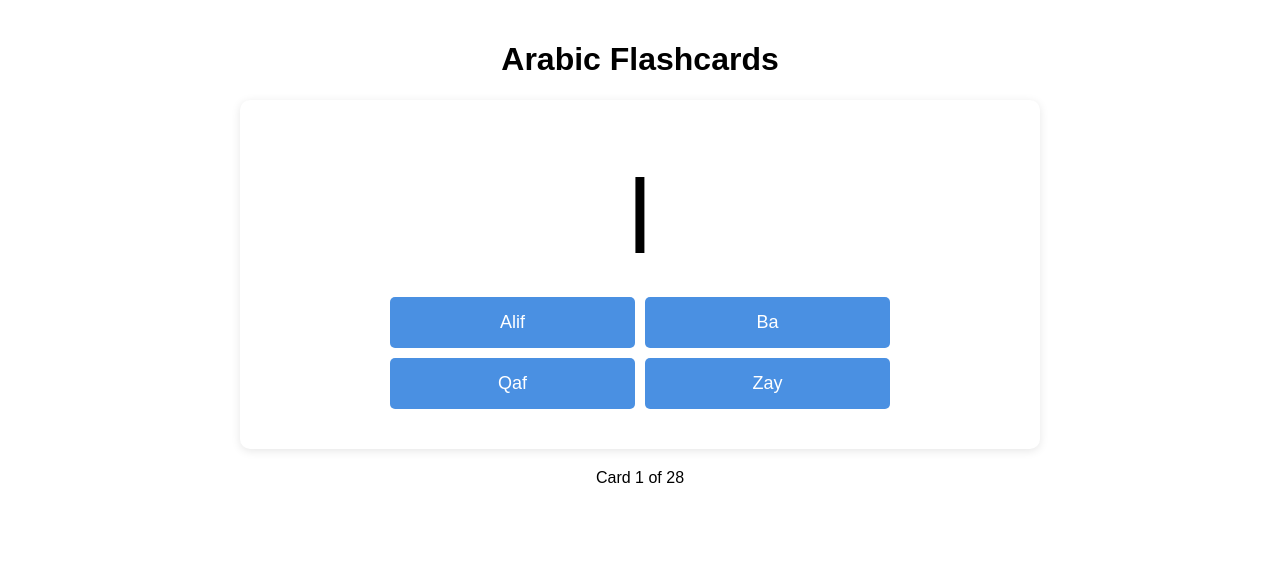
Repository: foolishimp/arabic-flashcards
Page: /
An editor plug-in stored every save of this project. The page is shown before and after the next save, followed by the edit.
The browser window is 1280 px wide. The pictures show the whole page.
The project was rebuilt for these pictures with package versions that can differ from the ones it lists, and the page was loaded fresh each time.

Above is the page before, as saved 2024-11-22 23:49:22.

### src/App.js
import React, { useState } from "react";
import "./App.css";

const letters = [
  { arabic: "ا", name: "Alif", sound: "aa" },
  { arabic: "ب", name: "Ba", sound: "b" },
  { arabic: "ت", name: "Ta", sound: "t" },
  { arabic: "ث", name: "Tha", sound: "th" },
  { arabic: "ج", name: "Jeem", sound: "j" },
  { arabic: "ح", name: "Ha", sound: "ḥ" },
  { arabic: "خ", name: "Kha", sound: "kh" },
  { arabic: "د", name: "Dal", sound: "d" },
  { arabic: "ذ", name: "Dhal", sound: "dh" },
  { arabic: "ر", name: "Ra", sound: "r" },
  { arabic: "ز", name: "Zay", sound: "z" },
  { arabic: "س", name: "Seen", sound: "s" },
  { arabic: "ش", name: "Sheen", sound: "sh" },
  { arabic: "ص", name: "Saad", sound: "ṣ" },
  { arabic: "ض", name: "Daad", sound: "ḍ" },
  { arabic: "ط", name: "Taa", sound: "ṭ" },
  { arabic: "ظ", name: "Zaa", sound: "ẓ" },
  { arabic: "ع", name: "Ayn", sound: "ʿ" },
  { arabic: "غ", name: "Ghayn", sound: "gh" },
  { arabic: "ف", name: "Fa", sound: "f" },
  { arabic: "ق", name: "Qaf", sound: "q" },
  { arabic: "ك", name: "Kaf", sound: "k" },
  { arabic: "ل", name: "Lam", sound: "l" },
  { arabic: "م", name: "Meem", sound: "m" },
  { arabic: "ن", name: "Noon", sound: "n" },
  { arabic: "ه", name: "Ha", sound: "h" },
  { arabic: "و", name: "Waw", sound: "w/oo" },
  { arabic: "ي", name: "Ya", sound: "y/ee" },
];

function App() {
  const [currentCardIndex, setCurrentCardIndex] = useState(0);
  const [score, setScore] = useState(0);
  const [showResult, setShowResult] = useState(false);
  const [selectedOption, setSelectedOption] = useState(null);
  const [currentOptions, setCurrentOptions] = useState(getRandomOptions(letters[0].name));
  const [canProceed, setCanProceed] = useState(false);

  function getRandomOptions(correctAnswer) {
    const options = new Set([correctAnswer]);
    while (options.size < 4) {
      const randomLetter = letters[Math.floor(Math.random() * letters.length)].name;
      options.add(randomLetter);
    }
    return Array.from(options).sort();
  }

  const handleOptionClick = (option) => {
    if (selectedOption !== null) return;

    setSelectedOption(option);
    setCanProceed(true);

    if (option === letters[currentCardIndex].name) {
      setScore(score + 1);
    }
  };

  const handleNext = () => {
    if (currentCardIndex + 1 < letters.length) {
      setCurrentCardIndex(currentCardIndex + 1);
      setSelectedOption(null);
      setCanProceed(false);
      setCurrentOptions(getRandomOptions(letters[currentCardIndex + 1].name));
    } else {
      setShowResult(true);
    }
  };

  if (showResult) {
    return (
      <div className="App">
        <div className="result">
          <h1>Flashcards Completed!</h1>
          <p>Your score: {score} / {letters.length}</p>
          <button className="next-button" onClick={() => window.location.reload()}>
            Restart
          </button>
        </div>
      </div>
    );
  }

  return (
    <div className="App">
      <h1>Arabic Flashcards</h1>
      <div className="flashcard">
        <div className="arabic-letter">
          {letters[currentCardIndex].arabic}
          {selectedOption && (
            <div className="sound-hint">
              ({letters[currentCardIndex].sound})
            </div>
          )}
        </div>
        <div className="options">
          {currentOptions.map((option, index) => (
            <button
              key={index}
              onClick={() => handleOptionClick(option)}
              className={
                selectedOption !== null
                  ? option === letters[currentCardIndex].name
                    ? "correct"
                    : option === selectedOption
                    ? "incorrect"
                    : ""
                  : ""
              }
              disabled={selectedOption !== null}
            >
              {option}
              {selectedOption !== null && option === letters[currentCardIndex].name && (
                <span className="sound-hint-button">
                  ({letters[currentCardIndex].sound})
                </span>
              )}
            </button>
          ))}
        </div>
      </div>
      <div className="progress">
        <p>Card {currentCardIndex + 1} of {letters.length}</p>
        {canProceed && (
          <button
            className="next-button"
            onClick={handleNext}
          >
            Next
          </button>
        )}
      </div>
    </div>
  );
}

export default App;

### src/App.css
.App {
  text-align: center;
  max-width: 800px;
  margin: 0 auto;
  padding: 20px;
  font-family: Arial, sans-serif;
}

.flashcard {
  background: white;
  border-radius: 10px;
  box-shadow: 0 2px 10px rgba(0, 0, 0, 0.1);
  padding: 40px;
  margin: 20px 0;
}

.arabic-letter {
  font-size: 100px;
  margin: 20px 0;
}

.sound-hint {
  font-size: 24px;
  color: #666;
  margin-top: 10px;
}

.sound-hint-button {
  display: block;
  font-size: 14px;
  color: rgba(255, 255, 255, 0.9);
  margin-top: 5px;
}

.options {
  display: grid;
  grid-template-columns: 1fr 1fr;
  gap: 10px;
  max-width: 500px;
  margin: 0 auto;
}

.options button {
  padding: 15px 20px;
  font-size: 18px;
  border: none;
  border-radius: 5px;
  background-color: #4a90e2;
  color: white;
  cursor: pointer;
  transition: background-color 0.3s ease;
}

.options button:hover {
  background-color: #357abd;
}

.options button.correct {
  background-color: #4caf50;
}

.options button.incorrect {
  background-color: #f44336;
}

.options button:disabled {
  opacity: 0.7;
  cursor: not-allowed;
}

.progress {
  margin-top: 20px;
  font-size: 16px;
}

.next-button {
  margin-top: 20px;
  padding: 10px 20px;
  font-size: 16px;
  background-color: #4a90e2;
  color: white;
  border: none;
  border-radius: 5px;
  cursor: pointer;
}

.next-button:disabled {
  background-color: #cccccc;
  cursor: not-allowed;
}

.result {
  background: white;
  border-radius: 10px;
  box-shadow: 0 2px 10px rgba(0, 0, 0, 0.1);
  padding: 40px;
  margin: 20px 0;
}

Loaded but not shown: public/index.html (common file); src/index.js (common file); src/index.css (common file); src/reportWebVitals.js (common file)

After the next save:
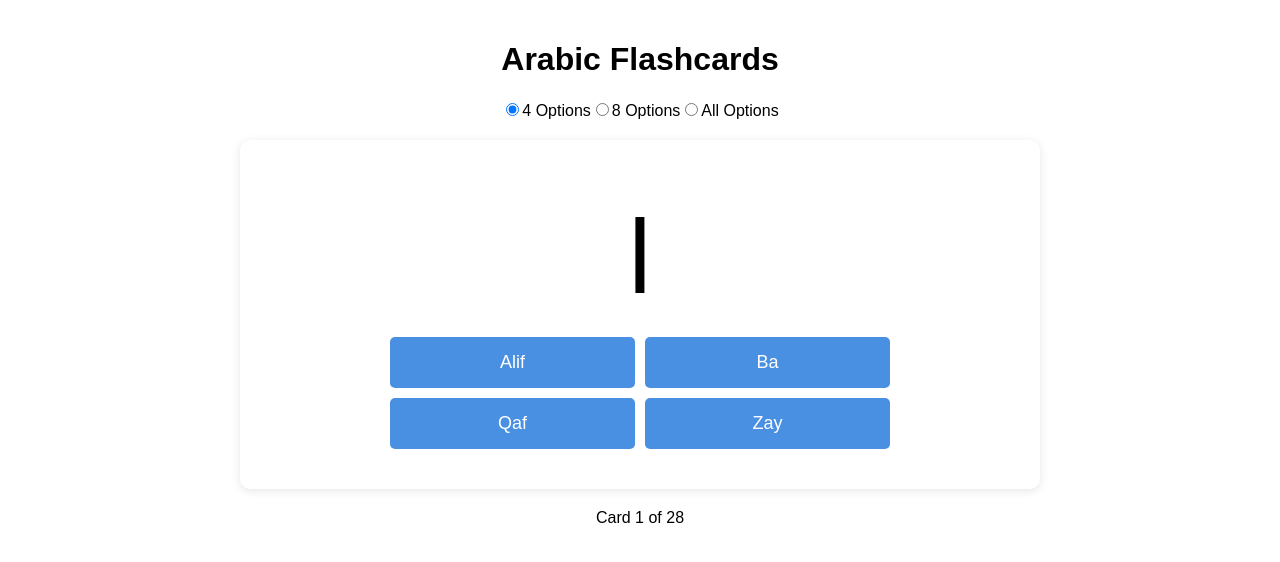
Saved 4 min 8 s later.
--- a/src/App.js
+++ b/src/App.js
@@ -37,12 +37,18 @@ function App() {
   const [score, setScore] = useState(0);
   const [showResult, setShowResult] = useState(false);
   const [selectedOption, setSelectedOption] = useState(null);
-  const [currentOptions, setCurrentOptions] = useState(getRandomOptions(letters[0].name));
-  const [canProceed, setCanProceed] = useState(false);
+  const [optionsCount, setOptionsCount] = useState(4);
+  const [currentOptions, setCurrentOptions] = useState(getRandomOptions(letters[0].name, 4));
 
-  function getRandomOptions(correctAnswer) {
+  function getRandomOptions(correctAnswer, count) {
     const options = new Set([correctAnswer]);
-    while (options.size < 4) {
+
+    // If count is -1, show all options
+    if (count === -1) {
+      return letters.map(letter => letter.name);
+    }
+
+    while (options.size < count) {
       const randomLetter = letters[Math.floor(Math.random() * letters.length)].name;
       options.add(randomLetter);
     }
@@ -53,7 +59,6 @@ function App() {
     if (selectedOption !== null) return;
 
     setSelectedOption(option);
-    setCanProceed(true);
 
     if (option === letters[currentCardIndex].name) {
       setScore(score + 1);
@@ -64,11 +69,16 @@ function App() {
     if (currentCardIndex + 1 < letters.length) {
       setCurrentCardIndex(currentCardIndex + 1);
       setSelectedOption(null);
-      setCanProceed(false);
-      setCurrentOptions(getRandomOptions(letters[currentCardIndex + 1].name));
+      setCurrentOptions(getRandomOptions(letters[currentCardIndex + 1].name, optionsCount));
     } else {
       setShowResult(true);
     }
+  };
+
+  const handleOptionsCountChange = (count) => {
+    setOptionsCount(count);
+    setCurrentOptions(getRandomOptions(letters[currentCardIndex].name, count));
+    setSelectedOption(null);
   };
 
   if (showResult) {
@@ -88,6 +98,37 @@ function App() {
   return (
     <div className="App">
       <h1>Arabic Flashcards</h1>
+
+      <div className="options-selector">
+        <label>
+          <input
+            type="radio"
+            value="4"
+            checked={optionsCount === 4}
+            onChange={() => handleOptionsCountChange(4)}
+          />
+          4 Options
+        </label>
+        <label>
+          <input
+            type="radio"
+            value="8"
+            checked={optionsCount === 8}
+            onChange={() => handleOptionsCountChange(8)}
+          />
+          8 Options
+        </label>
+        <label>
+          <input
+            type="radio"
+            value="-1"
+            checked={optionsCount === -1}
+            onChange={() => handleOptionsCountChange(-1)}
+          />
+          All Options
+        </label>
+      </div>
+
       <div className="flashcard">
         <div className="arabic-letter">
           {letters[currentCardIndex].arabic}
@@ -97,7 +138,7 @@ function App() {
             </div>
           )}
         </div>
-        <div className="options">
+        <div className={`options ${optionsCount === -1 ? 'all-options' : ''}`}>
           {currentOptions.map((option, index) => (
             <button
               key={index}
@@ -125,7 +166,7 @@ function App() {
       </div>
       <div className="progress">
         <p>Card {currentCardIndex + 1} of {letters.length}</p>
-        {canProceed && (
+        {selectedOption !== null && (
           <button
             className="next-button"
             onClick={handleNext}
